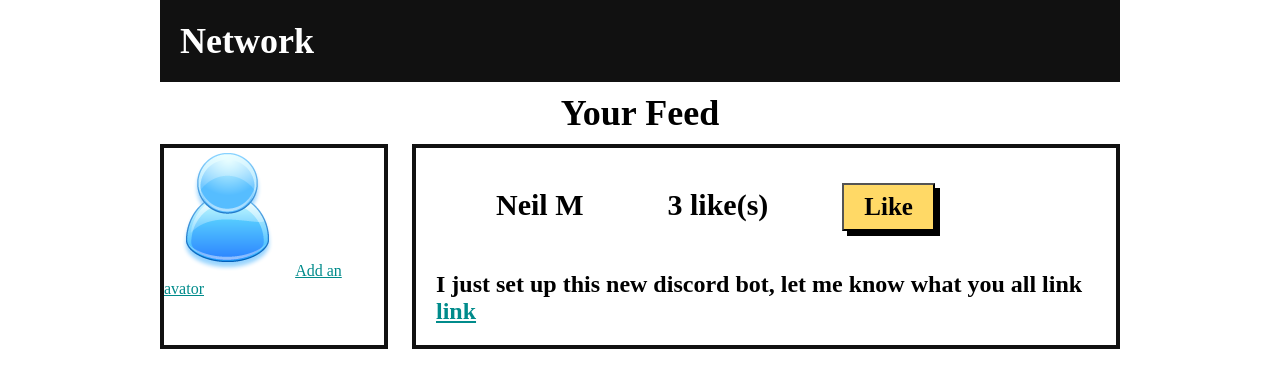
Repository: Blender20/liking_likes
Page: index.html
The author's editor kept a copy of each file at every save. The page is drawn from the files as they stood at one save, then again after the next save.
The browser window is 1280 px wide. The pictures show the whole page.
Some web fonts or font styles are not loaded; a fallback is used.

Above is the page before, as saved 2022-03-30 10:46:35.

### index.html
<!DOCTYPE html>
<html lang="en">

<head>
  <meta charset="UTF-8">
  <meta http-equiv="X-UA-Compatible" content="IE=edge">
  <meta name="viewport" content="width=device-width, initial-scale=1.0">
  <link rel="stylesheet" href="style.css">
  <title>Document</title>
</head>

<body>
  <nav>
    <h1>Network</h1>
  </nav>
  <div class="feed">
    <h1>Your Feed</h1>
  </div>
  <div class="container flex">
    <div class="leftColumn">

      <div class="avator">
        <img src="./user.png" alt="user icon">
        <a href="#">Add an avator</a>

      </div>
    </div>

    <div class="right">
      <h3>Neil M</h3>
      <h3><span id="likeCount">3</span> like(s)</h3>
      <button onclick="addLike()" id="like">Like</button>

      <div class="text-box">
        <h2>I just set up this new discord bot, let me know what you all link <a href="#">link</a></h2>
      </div>
    </div>
  </div>
  <script src="script.js"></script>
</body>

</html>

### style.css
@import url('https://fonts.googleapis.com/css2?family=Balsamiq+Sans:ital,wght@0,400;0,700;1,700&display=swap');
  *{
  padding: 0;
  margin: 0;
  box-sizing: border-box;
  font-family: 'Balsamiq Sans', cursive;
}

.flex {
  display: flex;
  justify-content: space-between;
  align-self: center;
  gap:1.5em;
}
nav{
  min-height: 70px;
  background-color: #111;
  display: block;
  width: 75%;
  margin: 0 auto;

  color: #fff;
  font-family: "balsamiq Sans";
  padding: 10px
}
.container {
  margin: 0 auto;
  width: 75%

}

 .leftColumn{
  border: 4px solid #111;
  margin-top: 50px;
  flex:1;
  margin: 0 auto;
 }

.right {
  border: 4px solid #111;
  /* justify-content: space-between; */
 /* align-items: center; */
 flex:3;
 min-height: 200px;
 padding: 20px;
}


h1 {

  font-size: 36px;
  padding: 10px;
}
h2 {
  display:inline-block



}
h3 {
  font-size: 30px;
  display: inline;
  padding-left: 40px;
  margin:20px;
  text-align: end;

}
.feed {
  text-align: center;
  justify-content: center;
}
.text-box {
  margin-top: 40px;
}
a {
  color: darkcyan
}


#like {
  background-color: #FFD966;
  padding: 8px 20px;
  margin-top: 15px;
  margin-left: 50px;
  font-weight: 900;
  font-size: 25px;
  box-shadow: 5px 5px;

}
.avatar{
  width: 100px;
  position:absolute;
  margin: 20px 45px;

}

### script.js
var likeCount = document.querySelector('#likeCount')
console.log(likeCount)
function addLike() {

  likeCount.innerText++;

}

After the next save:
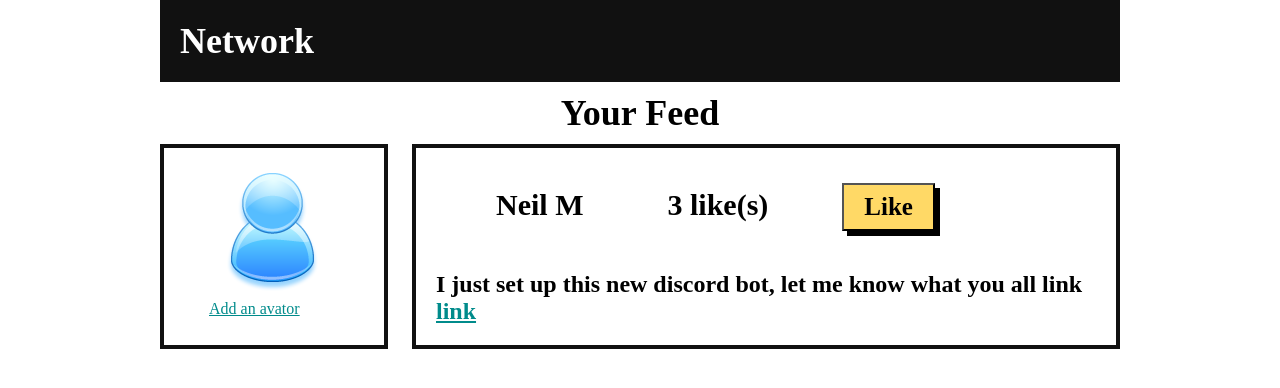
Saved 3 s later.
--- a/index.html
+++ b/index.html
@@ -19,7 +19,7 @@
   <div class="container flex">
     <div class="leftColumn">
 
-      <div class="avator">
+      <div class="avatar">
         <img src="./user.png" alt="user icon">
         <a href="#">Add an avator</a>
 
